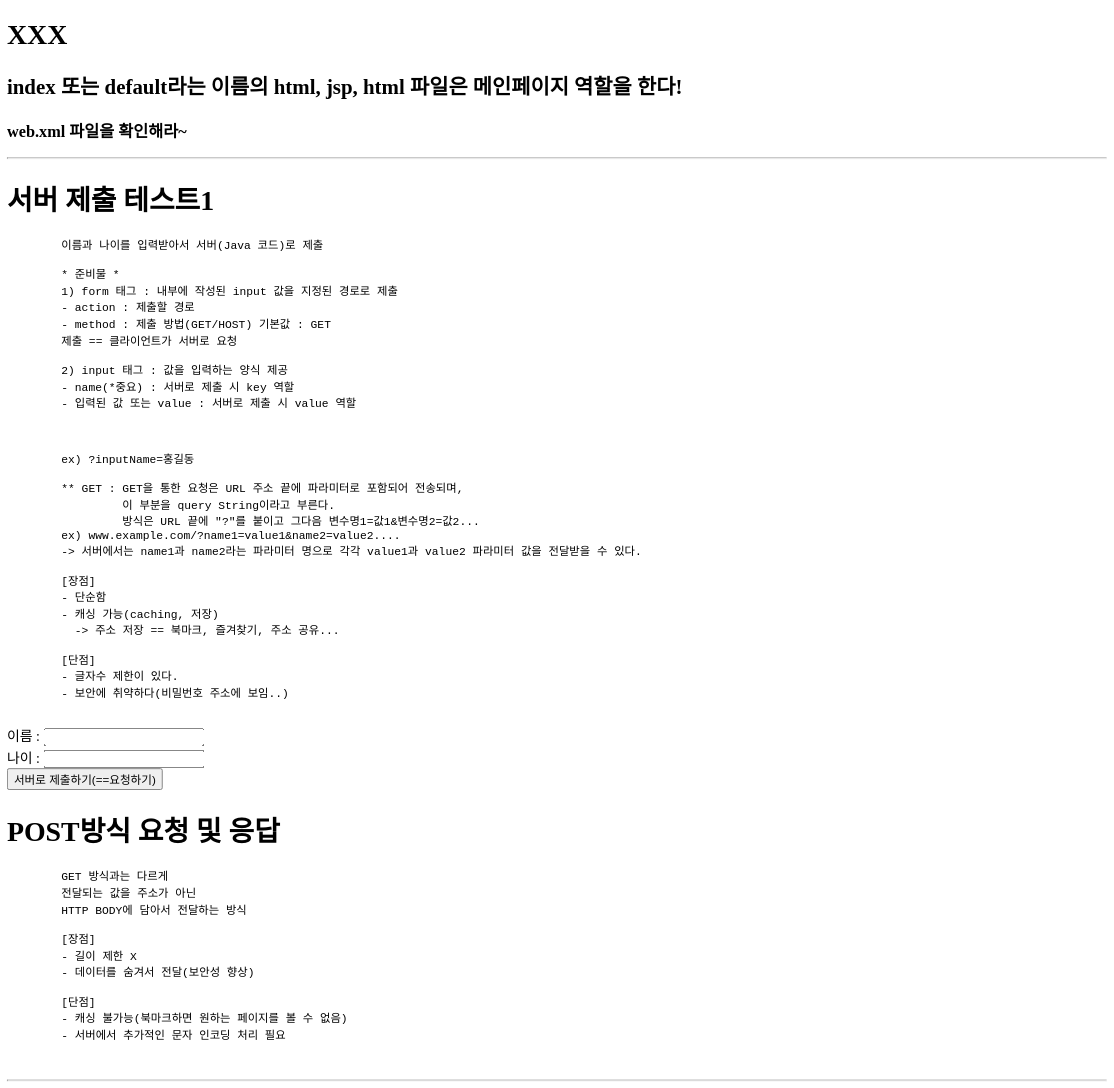
Repository: peb7544/05_Server
Page: ServletProject/src/main/webapp/index.html
These files come from the project's save history. The page is drawn as it stood at one moment and after the next save; the edit follows.
The browser window is 1280 px wide. The pictures show the whole page, at 87% of full size.

Above is the page before, as saved 2024-03-21 05:19:12.

After the next save:
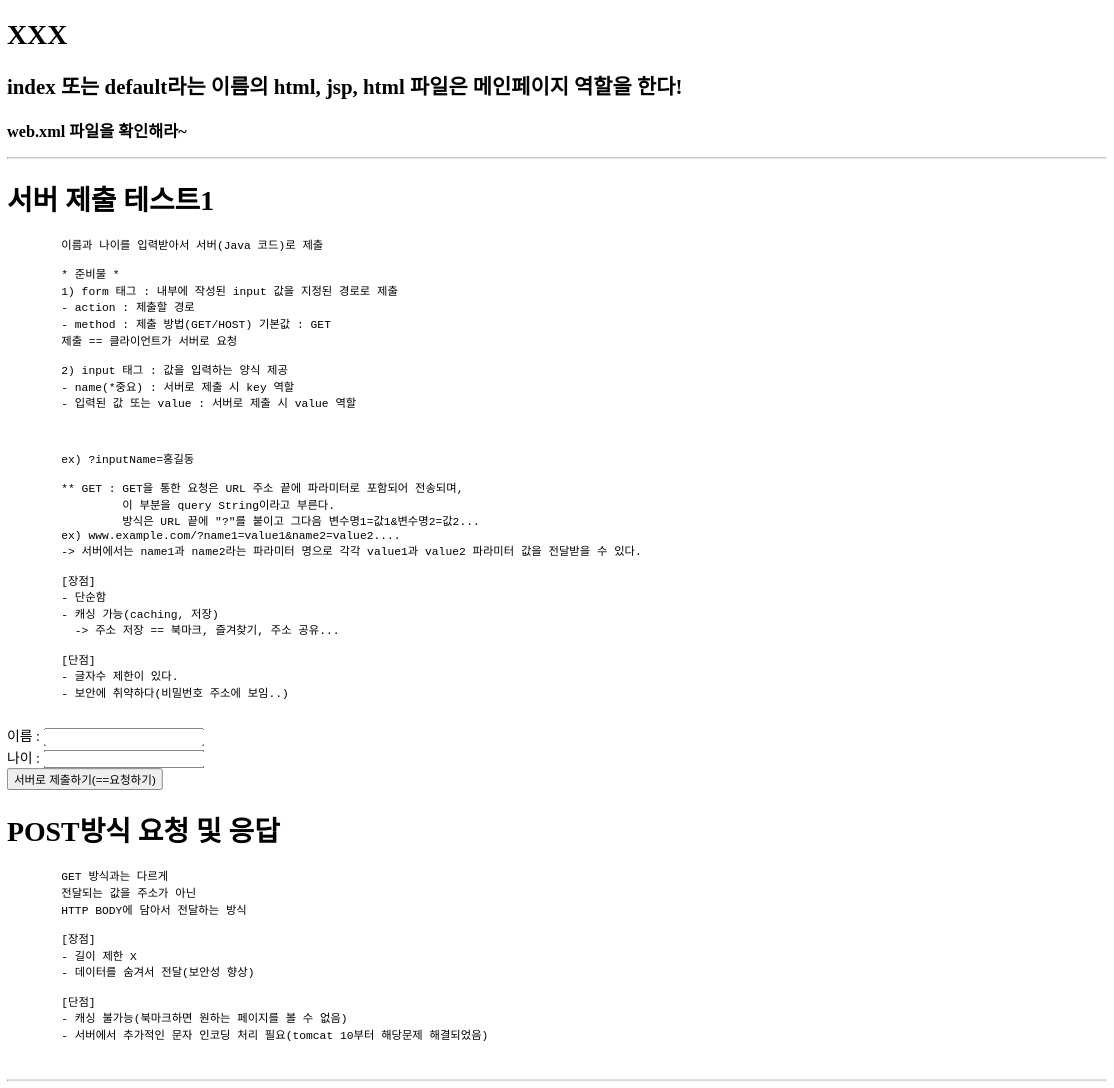
Saved 51 s later.
--- a/ServletProject/src/main/webapp/index.html
+++ b/ServletProject/src/main/webapp/index.html
@@ -68,7 +68,7 @@
 
     	[단점]
     	- 캐싱 불가능(북마크하면 원하는 페이지를 볼 수 없음)
-    	- 서버에서 추가적인 문자 인코딩 처리 필요
+    	- 서버에서 추가적인 문자 인코딩 처리 필요(tomcat 10부터 해당문제 해결되었음)
 
     </pre>
 
